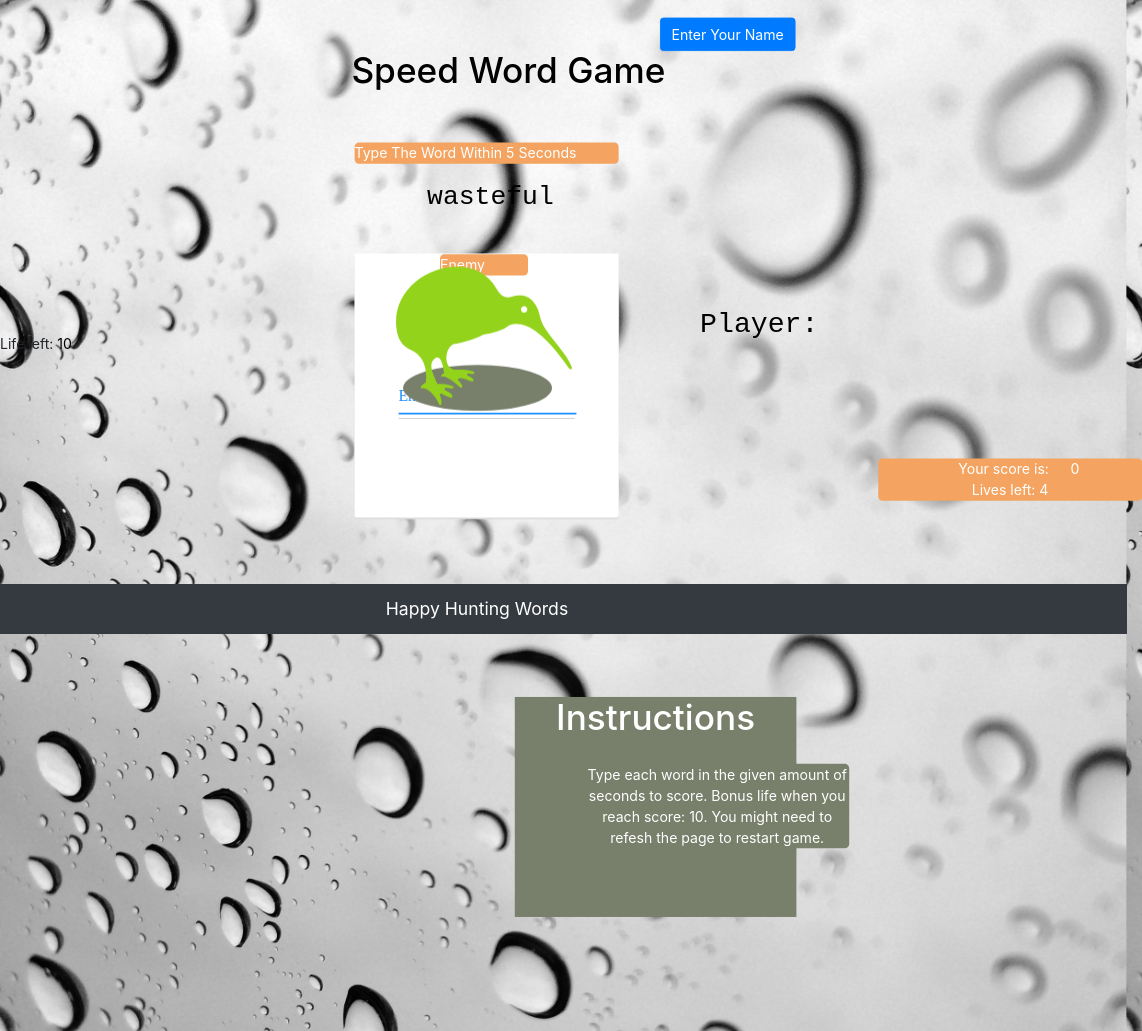
Repository: konstantin0s/word-game-project
Page: modal.html
These files come from the project's save history. The page is drawn as it stood at one moment and after the next save; the edit follows.
The browser window is 1280 px wide. The page is 1298 px wide, so the pictures cover 1298 px, including what lies to the right of the window. The pictures show the whole page, at 88% of full size.
Backgrounds fixed to the window are drawn as part of the page. Some web libraries are served in a nearby version.

Above is the page before, as saved 2019-02-14 10:58:33.

After the next save:
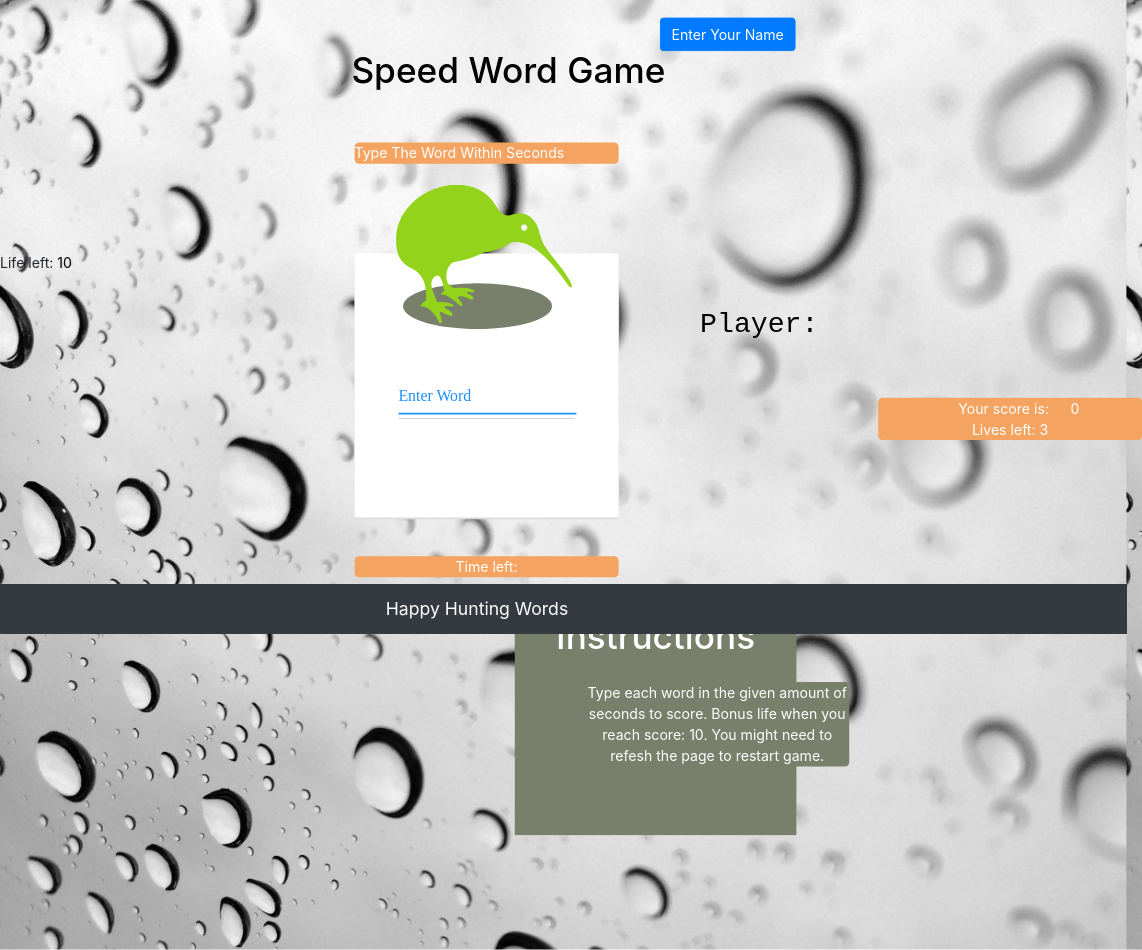
Console error: TypeError: Cannot read properties of null (reading 'addEventListener')
Saved 91 s later.
--- a/js/main.js
+++ b/js/main.js
@@ -38,7 +38,7 @@
     timer();
 }
 
-var input = document.getElementById("inputWord");
+var input = document.getElementById("closeBtn");
 input.addEventListener('keyup',function(e){
   if (e.keyCode == 13) {
 }

After the 3 saves that followed:
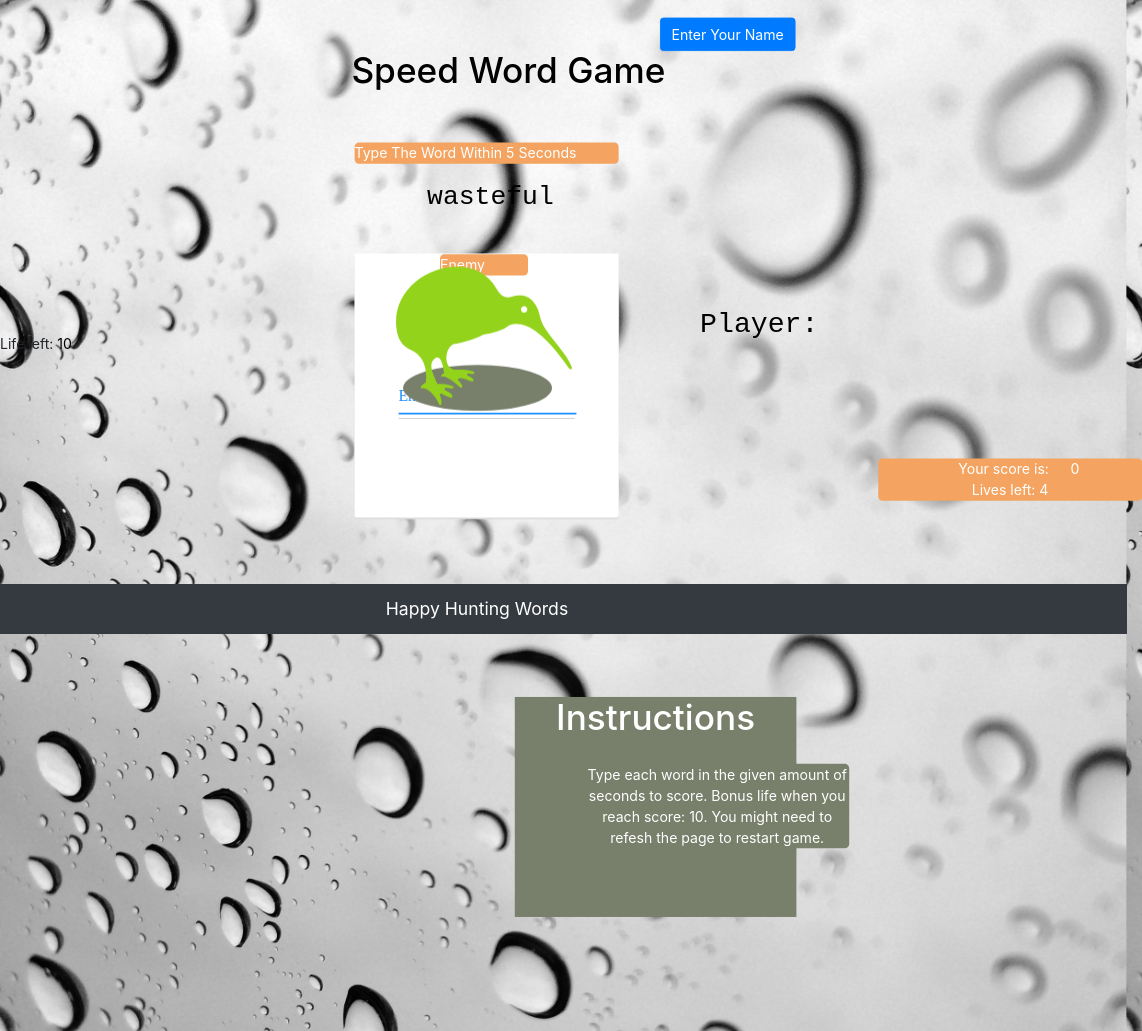
The error is gone.
The 3 saves are shown as one change because 2 left the picture as it was.
The last was saved 61 s later.
--- a/js/main.js
+++ b/js/main.js
@@ -38,7 +38,7 @@
     timer();
 }
 
-var input = document.getElementById("closeBtn");
+var input = document.getElementById("inputWord");
 input.addEventListener('keyup',function(e){
   if (e.keyCode == 13) {
 }
